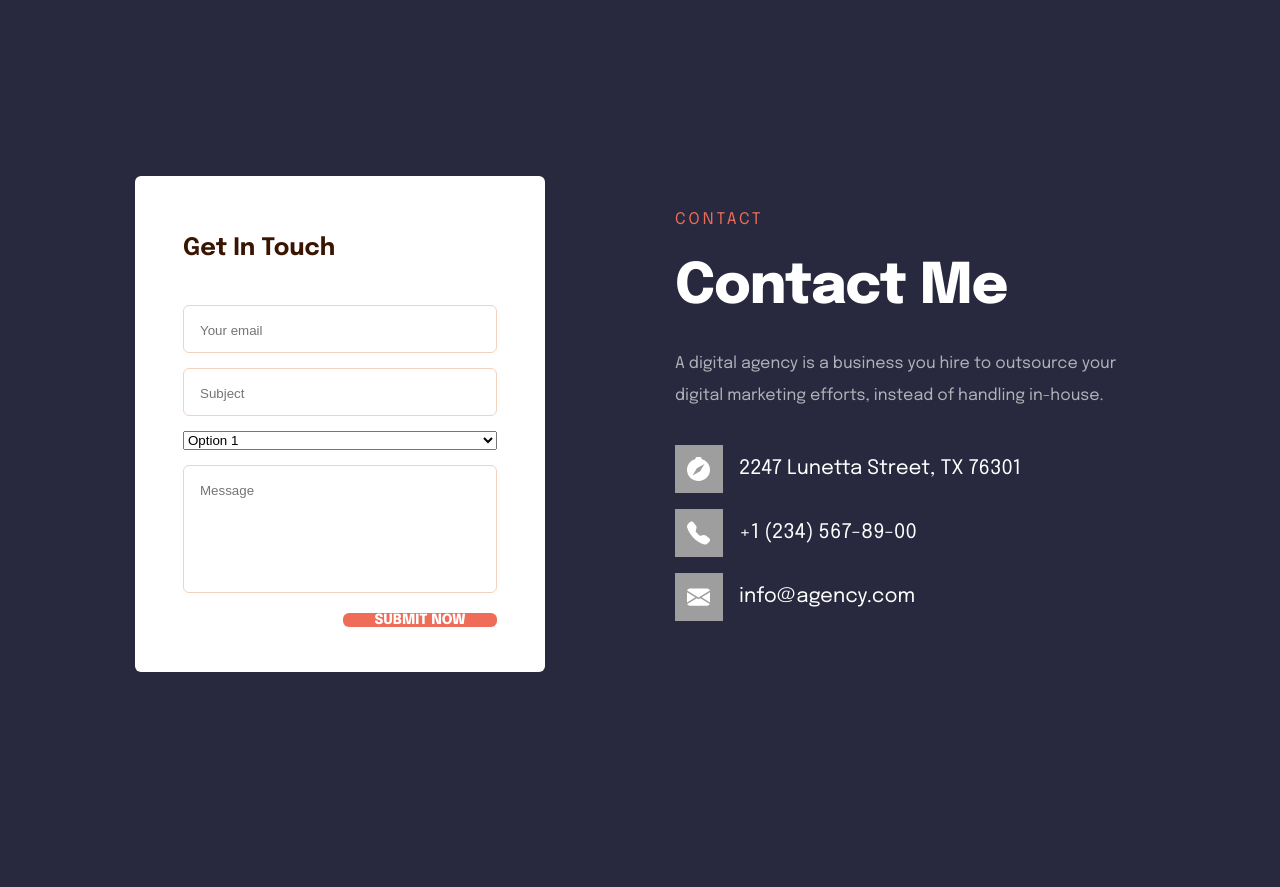
Repository: NatiqSamiyev/form-task-2
Page: index.html
An editor plug-in stored every save of this project. The page is shown before and after the next save, followed by the edit.
The browser window is 1280 px wide. The pictures show the whole page.
Pictures or frames that could not be fetched are drawn as grey boxes. Some web fonts or font styles are not loaded; a fallback is used.

Above is the page before, as saved 2023-10-26 11:32:05.

### index.html
<!DOCTYPE html>
<html lang="en">
  <head>
    <meta charset="UTF-8" />
    <meta name="viewport" content="width=device-width, initial-scale=1.0" />
    <title>Document</title>
    <link rel="stylesheet" href="index.css" />
  </head>
  <body>
    <div class="contact-container">
      <form action="">
        <h1>Get In Touch</h1>
        <label for="">
          <input type="email" placeholder="Your email" class="email-input" />
        </label>

        <label for="">
          <input type="text" placeholder="Subject" class="subject-input" />
        </label>
       <select name="" id="">

        <option value="">Option 1</option>
        <option value="">Option 2</option>

       </select>
        <label for="">
          <input
            class="text-message"
            placeholder="Message"
            class="message-input"
          />
        </label>

        <button>Submit Now</button>
      </form>

      <div class="info-box">
        <div class="text-box">
          <h2>Contact</h2>
          <h3>Contact Me</h3>
          <p>
            A digital agency is a business you hire to outsource your digital
            marketing efforts, instead of handling in-house.
          </p>
        </div>

        <ul>
          <li>
            <img class="image-1" src="./image/Oval.svg" alt="" />
            <img class="image-2" src="./image/Shape.svg" alt="" />
            <p>2247 Lunetta Street, TX 76301</p>
          </li>

          <li>
            <img class="image-1" src="./image/Oval.svg" alt="" />
            <img class="image-2" src="./image/Path.svg" alt="" />
            <p>+1 (234) 567-89-00</p>
          </li>

          <li>
            <img class="image-1" src="./image/Oval.svg" alt="" />
            <img class="image-2" src="./image/Shape (1).svg" alt="" />
            <p>info@agency.com</p>
          </li>
        </ul>
      </div>
    </div>
  </body>
  <script src="/index.js"></script>
</html>

### index.css
@import url("https://fonts.googleapis.com/css2?family=Epilogue:wght@400;600;700;800&family=Inter:wght@400;500;600;700&family=Laila:wght@700&family=Open+Sans:wght@400;600;700;800&family=Roboto+Slab:wght@700&family=Roboto:wght@400;700&display=swap");

* {
  margin: 0;
  padding: 0;
  box-sizing: border-box;
}

.contact-container {
  width: 100%;
  min-height: 100vh;
  padding: 176px 135px 208px 135px;
  background: #28293e;
  display: flex;
  justify-content: space-between;
}

form {
  width: 570px;
  height: 496px;
  padding: 57px 48px 48px 48px;
  border-radius: 6px;
  background: #fff;
  display: flex;
  flex-direction: column;
  gap: 15px;
}

form h1 {
  margin-bottom: 25px;
  color: var(--Text_Dark, #391400);
  font-feature-settings: "clig" off, "liga" off;
  font-family: Epilogue;
  font-size: 24px;
  font-style: normal;
  font-weight: 700;
  line-height: 32px;
}

label {
  width: 100%;
}

input {
  width: 100%;
  height: 48px;
  padding: 9px 15px 7px 16px;
  border-radius: 6px;
  border: 1px solid #f3d1bf;
  background: #fff;
}

.text-message {
  height: 128px;
  padding: 9px 16px 87px 16px;
  margin-bottom: 5px;
}

form button {
  width: 154px;
  margin-left: auto;
  height: 248px;
  border-radius: 6px;
  background: #ef6d58;
  border: none;
  color: #fff;
  text-align: center;
  font-family: Epilogue;
  font-size: 14px;
  font-style: normal;
  font-weight: 900;
  line-height: normal;
  text-transform: uppercase;
}

.info-box {
  margin-left: 130px;
  padding: 28px 0 58px 0;
}

.text-box {
  width: 470px;
  margin-bottom: 33px;
}

h2 {
  margin-bottom: 20px;
  color: var(--Text_Light_Accent, #ef6d58);
  font-feature-settings: "clig" off, "liga" off;
  font-family: Epilogue;
  font-size: 16px;
  font-style: normal;
  font-weight: 400;
  line-height: 32px;
  letter-spacing: 3px;
  text-transform: uppercase;
}

h3 {
  margin-bottom: 28px;
  color: var(--Text_Light, #fff);
  font-feature-settings: "clig" off, "liga" off;
  font-family: Epilogue;
  font-size: 56px;
  font-style: normal;
  font-weight: 800;
  line-height: 64px;
  letter-spacing: -1px;
}

.text-box p {
  color: var(--Text_Light_Gray, rgba(255, 255, 255, 0.64));
  font-feature-settings: "clig" off, "liga" off;
  font-family: Epilogue;
  font-size: 16px;
  font-style: normal;
  font-weight: 400;
  line-height: 32px;
}

ul li {
  list-style-type: none;
  display: flex;
  align-items: center;
}

.image-1 {
  width: 48px;
  height: 48px;
  fill: #ef6d58;
  position: relative;
}

.image-2 {
  width: 23px;
  height: 24px;
  fill: #fff;
  position: absolute;
  margin-left: 12px;
  /* margin-bottom: 0px; */
}

ul li p {
  margin-left: 16px;
  color: var(--Text_Light, #fff);
  font-feature-settings: "clig" off, "liga" off;
  font-family: Epilogue;
  font-size: 20px;
  font-style: normal;
  font-weight: 400;
  line-height: 32px;
}

ul li:nth-child(2) {
  margin-top: 16px;
}

ul li:last-child {
  margin-top: 16px;
}

### index.js
let btn = document.querySelector("button");
let form = document.querySelector("form");
let emailInput = document.querySelector(".email-input");
let subjectInput = document.querySelector(".subject-input");
let messageInput = document.querySelector(".message-input");

// btn.addEventListener("click", submitForm);
form.addEventListener("submit", submitForm);
function submitForm(a) {
  a.preventDefault();
  console.log(subjectInput.value, emailInput.value);
}

// emailInput.addEventListener("");

After the next save:
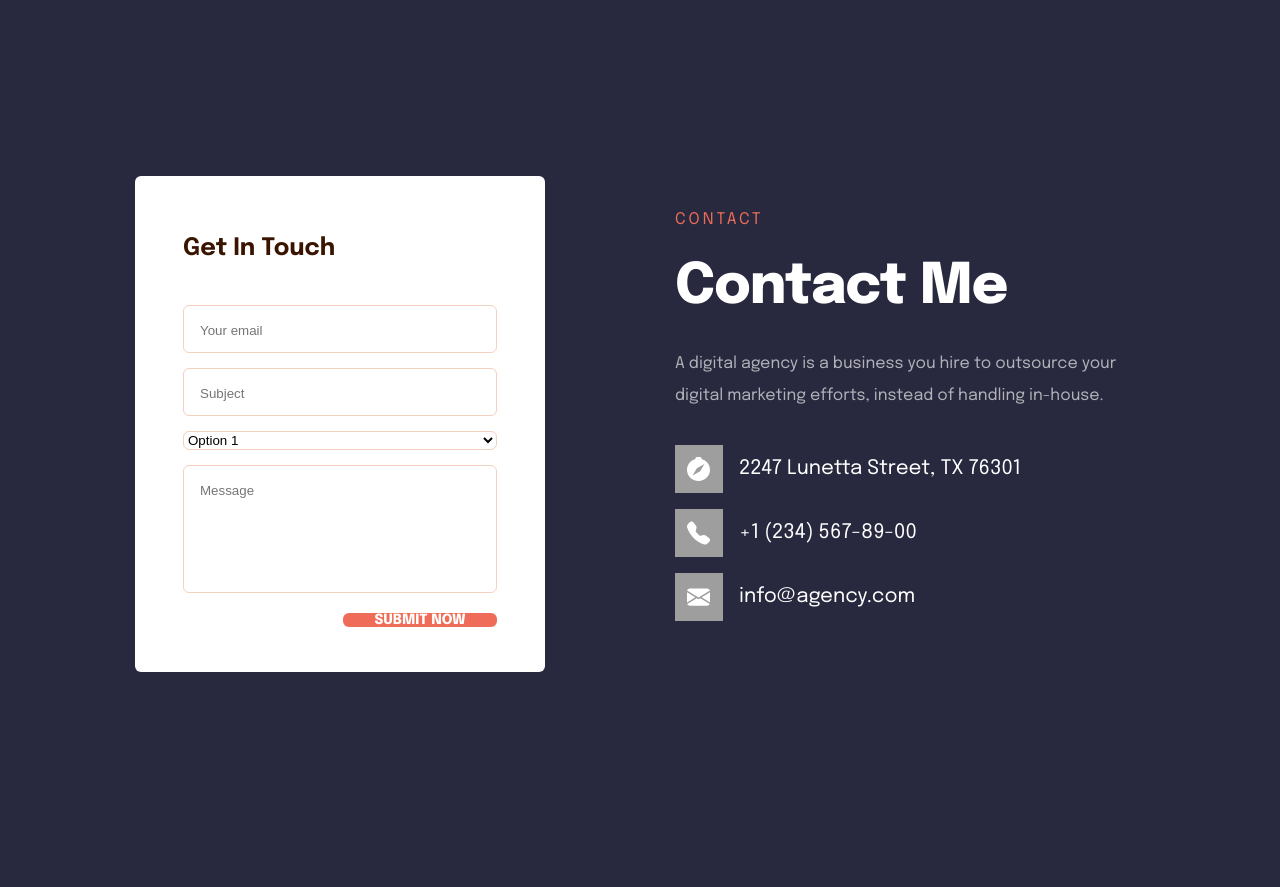
Saved 59 s later.
--- a/index.css
+++ b/index.css
@@ -158,3 +158,10 @@ ul li:nth-child(2) {
 ul li:last-child {
   margin-top: 16px;
 }
+
+select{
+  border-radius: 6px;
+border: 1px solid #F3D1BF;
+
+background: #FFF;
+}
